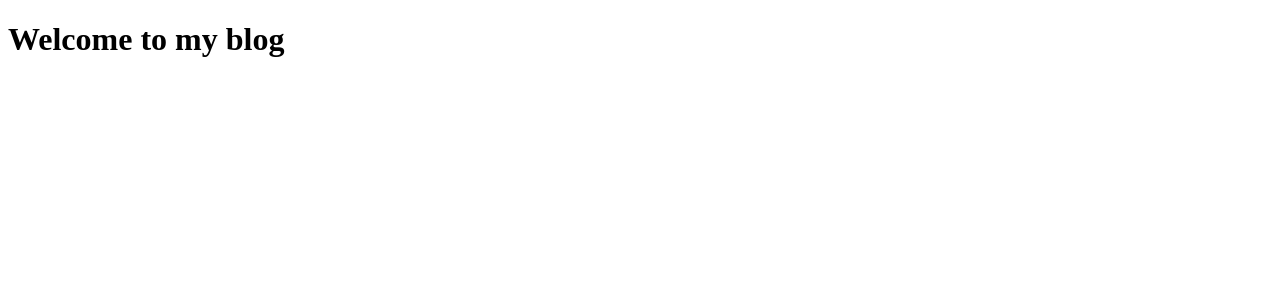
Repository: ardagungunes/my-blog
Page: http://localhost/
The author's editor kept a copy of each file at every save. The page is drawn from the files as they stood at one save, then again after the next save.
The browser window is 1280 px wide. The pictures show the whole page.
The page is served by the project's application, run on Django 5.2 (manage.py). Other server files are loaded and not shown.

Above is the page before, as saved 2024-07-25 16:31:32.

### blog/templates/blog/index.html
{% extends "base.html" %}

{% block title%}

My Blog

{%endblock%}

{% block content %}

<h1>Welcome to my blog</h1>

{%endblock%}

### templates/base.html
<!DOCTYPE html>
<html lang="en">
  <head>
    <meta charset="UTF-8" />
    <meta name="viewport" content="width=device-width, initial-scale=1.0" />
    <title>{% block title %}{% endblock %}</title>
    {% block css_files %}{% endblock %}
  </head>
  <body>
    {% block content %}{% endblock %}
  </body>
</html>

### blog/views.py
from django.shortcuts import render
from django.http import HttpResponse

# Create your views here.

def starting_page(request):
    return render(request, "blog/index.html")

def posts(request):
    return HttpResponse("<h1>All Posts!</h1>")

def post_detail(request, slug):
    print(slug)
    print(slug)
    return HttpResponse("<h1>Single Post!</h1>")

### my_site/urls.py
"""
URL configuration for my_site project.

The `urlpatterns` list routes URLs to views. For more information please see:
    https://docs.djangoproject.com/en/5.0/topics/http/urls/
Examples:
Function views
    1. Add an import:  from my_app import views
    2. Add a URL to urlpatterns:  path('', views.home, name='home')
Class-based views
    1. Add an import:  from other_app.views import Home
    2. Add a URL to urlpatterns:  path('', Home.as_view(), name='home')
Including another URLconf
    1. Import the include() function: from django.urls import include, path
    2. Add a URL to urlpatterns:  path('blog/', include('blog.urls'))
"""
from django.contrib import admin
from django.urls import path, include

urlpatterns = [
    path('admin/', admin.site.urls),
    path("", include("blog.urls"))
]

### blog/urls.py
from django.urls import path
from . import views

urlpatterns = [
    path("", views.starting_page, name="starting-page"),
    path("posts", views.posts, name="posts-page"),
    path("posts/<slug:slug>", views.post_detail, name="post-detail-page")
]

After the next save:
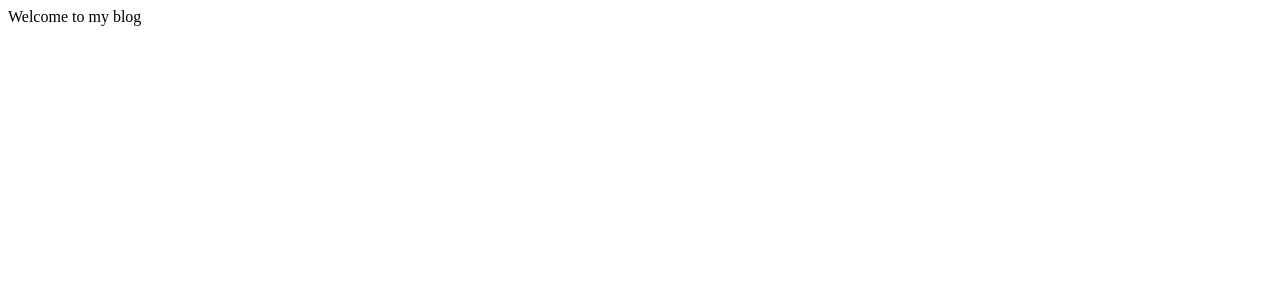
Saved 76 min 37 s later.
--- a/blog/templates/blog/index.html
+++ b/blog/templates/blog/index.html
@@ -8,6 +8,7 @@
 
 {% block content %}
 
+<header
 <h1>Welcome to my blog</h1>
 
 {%endblock%}

After the save that followed:
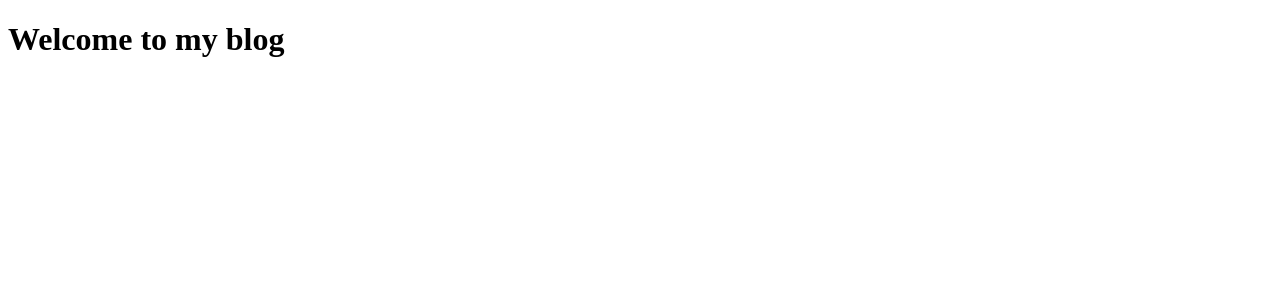
Saved 4 s later.
--- a/blog/templates/blog/index.html
+++ b/blog/templates/blog/index.html
@@ -8,7 +8,7 @@
 
 {% block content %}
 
-<header
+<header></header>
 <h1>Welcome to my blog</h1>
 
 {%endblock%}
